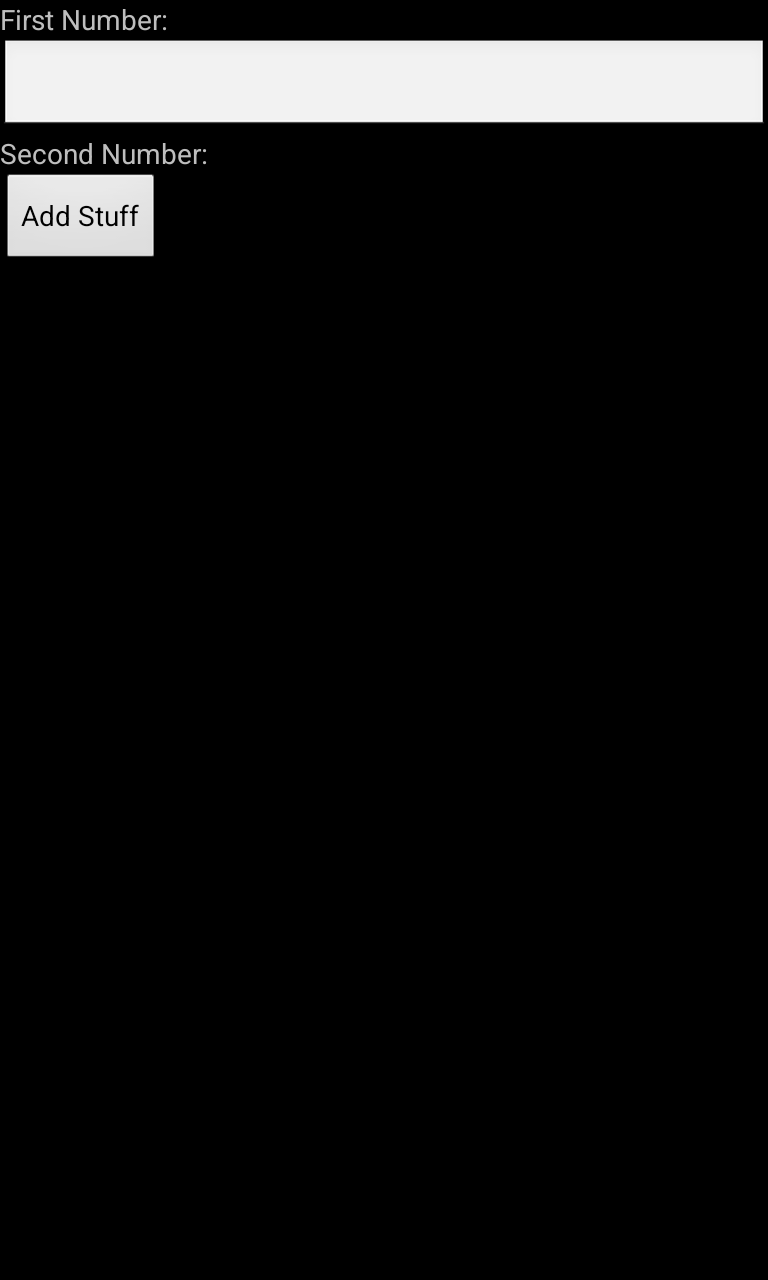
Repository: drwelden/Android-Presentation
Layout: Basic/Calculator/res/layout/main.xml
An editor plug-in stored every save of this project. The layout is shown before and after the next save, followed by the edit.
It is drawn on a 768 x 1280 px phone screen (xhdpi) without system bars, with theme android:Theme; the app's code is not run.

Above is the layout before, as saved 2010-09-23 00:37:09.

After the next save:
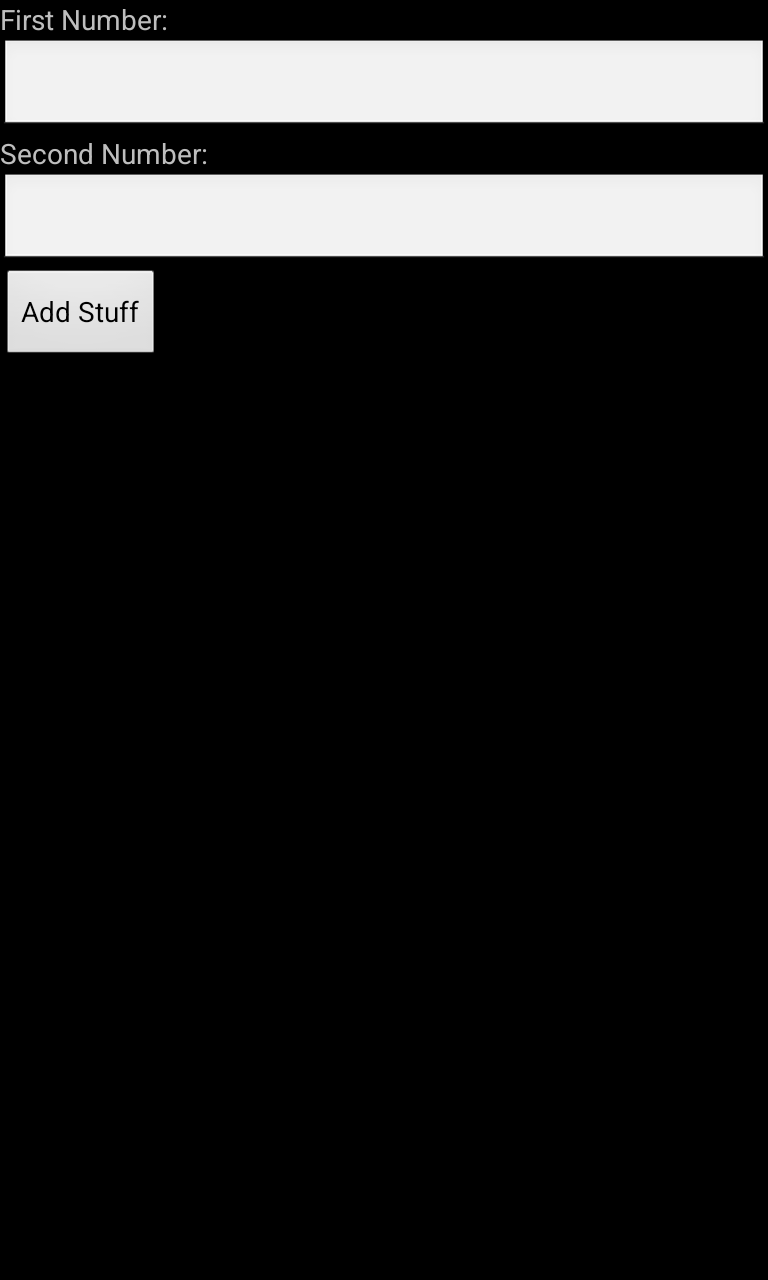
Saved 76 s later.
--- a/Basic/Calculator/res/layout/main.xml
+++ b/Basic/Calculator/res/layout/main.xml
@@ -19,9 +19,20 @@
     	android:layout_width="fill_parent"
     	android:layout_height="wrap_content"
     	/>
+    <EditText
+    	android:id="@+id/second_number"
+    	android:layout_width="fill_parent"
+    	android:layout_height="wrap_content"
+    	/>
 	<Button
+		android:id="@+id/calculate"
 		android:text="@string/add_stuff"
 		android:layout_width="wrap_content"
 		android:layout_height="wrap_content"
 		/>
+	<TextView
+		android:id="@+id/answer"
+		android:layout_width="fill_parent"
+		android:layout_height="wrap_content"
+		/>
 </LinearLayout>
